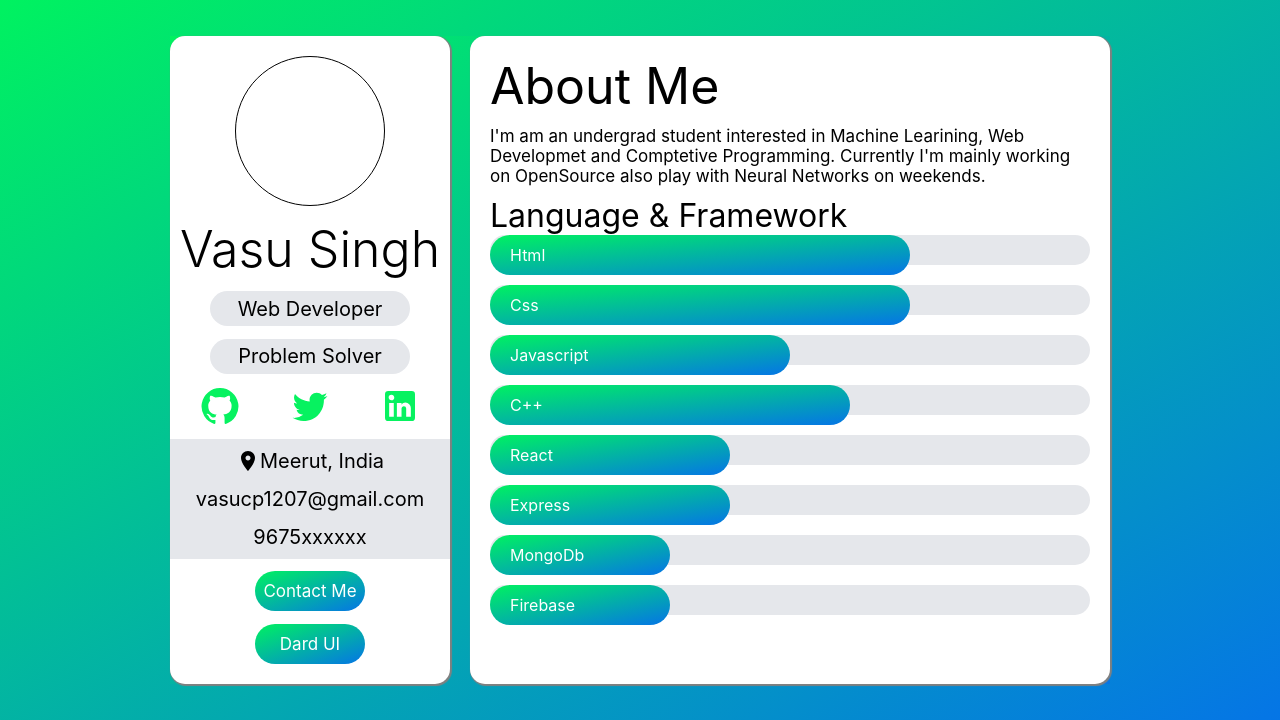
Repository: vasucp1207/grid-port
Page: /about
The author's editor kept a copy of each file at every save. The page is drawn from the files as they stood at one save, then again after the next save.
The browser window is 1280 px wide. The pictures show the whole page.
Some web fonts or font styles are not loaded; a fallback is used. The project was rebuilt for these pictures with package versions that can differ from the ones it lists, and the page was loaded fresh each time. Also part of the build but not shown: src/pages/Home.js, src/pages/Projects.js.

Above is the page before, as saved 2022-08-17 01:53:52.

### public/index.html
<!DOCTYPE html>
<html lang="en">
  <head>
    <meta charset="utf-8" />
    <link rel="icon" href="%PUBLIC_URL%/favicon.ico" />
    <meta name="viewport" content="width=device-width, initial-scale=1" />
    <meta name="theme-color" content="#000000" />
    <meta
      name="description"
      content="Web site created using create-react-app"
    />
    <link rel="apple-touch-icon" href="%PUBLIC_URL%/logo192.png" />
    <!--
      manifest.json provides metadata used when your web app is installed on a
      user's mobile device or desktop. See https://developers.google.com/web/fundamentals/web-app-manifest/
    -->
    <link rel="manifest" href="%PUBLIC_URL%/manifest.json" />
    <link rel="preconnect" href="https://fonts.googleapis.com">
<link rel="preconnect" href="https://fonts.gstatic.com" crossorigin>
<link href="https://fonts.googleapis.com/css2?family=Kantumruy+Pro:wght@200;300&family=Open+Sans:ital,wght@0,300;0,600;0,700;1,800&family=Poppins:wght@400;600&family=Raleway:wght@300&family=Roboto+Flex:opsz,wght@8..144,300;8..144,400;8..144,500&display=swap" rel="stylesheet">
    <!--
      Notice the use of %PUBLIC_URL% in the tags above.
      It will be replaced with the URL of the `public` folder during the build.
      Only files inside the `public` folder can be referenced from the HTML.

      Unlike "/favicon.ico" or "favicon.ico", "%PUBLIC_URL%/favicon.ico" will
      work correctly both with client-side routing and a non-root public URL.
      Learn how to configure a non-root public URL by running `npm run build`.
    -->
    <title>React App</title>
  </head>
  <body>
    <noscript>You need to enable JavaScript to run this app.</noscript>
    <div id="root"></div>
    <!--
      This HTML file is a template.
      If you open it directly in the browser, you will see an empty page.

      You can add webfonts, meta tags, or analytics to this file.
      The build step will place the bundled scripts into the <body> tag.

      To begin the development, run `npm start` or `yarn start`.
      To create a production bundle, use `npm run build` or `yarn build`.
    -->
  </body>
</html>

### src/index.css
body {
  margin: 0;
  font-family: -apple-system, BlinkMacSystemFont, 'Segoe UI', 'Roboto', 'Oxygen',
    'Ubuntu', 'Cantarell', 'Fira Sans', 'Droid Sans', 'Helvetica Neue',
    sans-serif;
  -webkit-font-smoothing: antialiased;
  -moz-osx-font-smoothing: grayscale;

  --gray: rgb(205, 195, 195);
  background-image: linear-gradient(to right bottom,#00f260,#0575e6);
}

::selection{
  background: rgb(71, 219, 106);
}

### src/App.js
import './App.css';
import { Link, Route, Routes } from 'react-router-dom';
import AboutMe from './pages/AboutMe';
import Home from './pages/Home';
import Projects from './pages/Projects';

function App() {
  return (
    <div>
      <Routes>
        <Route exact path="/" element={<Home />} />
        <Route exact path="/about" element={<AboutMe />} />
        <Route exact path="/projects" element={<Projects />} />
      </Routes>
    </div>
  );
}

export default App;

### src/App.css
:root {
  --d: 700ms;
  --e: cubic-bezier(0.19, 1, 0.22, 1);
  --font-sans: "Rubik", sans-serif;
  --font-serif: "Cardo", serif;
  font-family: Poppins;
}

* {
  box-sizing: border-box;
  padding: 0;
  margin: 0;
}

html, body {
  height: 100vh;
  width: 100vw;
}

body {
  display: grid;
  place-items: center;
}

.page-content {
  display: grid;
  width: 100vw;
  height: 100vh;
  margin: 0 auto;
}
@media (min-width: 600px) {
  .page-content {
    grid-template-columns: repeat(2, 1fr);
  }
}
@media (min-width: 800px) {
  .page-content {
    grid-template-columns: repeat(2, 1fr);
  }
}

.card {
  position: relative;
  display: flex;
  align-items: flex-end;
  overflow: hidden;
  padding: 1rem;
  width: 100%;
  text-align: center;
  color: whitesmoke;
  background-color: whitesmoke;
  box-shadow: 0 1px 1px rgba(0, 0, 0, 0.1), 0 2px 2px rgba(0, 0, 0, 0.1), 0 4px 4px rgba(0, 0, 0, 0.1), 0 8px 8px rgba(0, 0, 0, 0.1), 0 16px 16px rgba(0, 0, 0, 0.1);
}
@media (min-width: 600px) {
  .card {
    height: 100vh;
  }
}
.card:before {
  content: "";
  position: absolute;
  top: 0;
  left: 0;
  width: 100%;
  height: 110%;
  background-size: cover;
  background-position: 0 0;
  transition: transform calc(var(--d) * 1.5) var(--e);
  pointer-events: none;
}
.card:after {
  content: "";
  display: block;
  position: absolute;
  top: 0;
  left: 0;
  width: 100%;
  height: 200%;
  pointer-events: none;
  background-image: linear-gradient(to bottom, rgba(0, 0, 0, 0) 0%, rgba(0, 0, 0, 0.009) 11.7%, rgba(0, 0, 0, 0.034) 22.1%, rgba(0, 0, 0, 0.072) 31.2%, rgba(0, 0, 0, 0.123) 39.4%, rgba(0, 0, 0, 0.182) 46.6%, rgba(0, 0, 0, 0.249) 53.1%, rgba(0, 0, 0, 0.32) 58.9%, rgba(0, 0, 0, 0.394) 64.3%, rgba(0, 0, 0, 0.468) 69.3%, rgba(0, 0, 0, 0.54) 74.1%, rgba(0, 0, 0, 0.607) 78.8%, rgba(0, 0, 0, 0.668) 83.6%, rgba(0, 0, 0, 0.721) 88.7%, rgba(0, 0, 0, 0.762) 94.1%, rgba(0, 0, 0, 0.79) 100%);
  transform: translateY(-50%);
  transition: transform calc(var(--d) * 2) var(--e);
}
.card:nth-child(1):before {
  background-image: url(https://images.unsplash.com/photo-1493612276216-ee3925520721?ixlib=rb-1.2.1&ixid=MnwxMjA3fDB8MHxwaG90by1wYWdlfHx8fGVufDB8fHx8&auto=format&fit=crop&w=2864&q=80);
}
.card:nth-child(2):before {
  background-image: url(https://images.unsplash.com/photo-1492551557933-34265f7af79e?ixlib=rb-1.2.1&ixid=MnwxMjA3fDB8MHxwaG90by1wYWdlfHx8fGVufDB8fHx8&auto=format&fit=crop&w=1740&q=80);
}
.card:nth-child(3):before {
  background-image: url(https://images.unsplash.com/photo-1545243424-0ce743321e11?ixlib=rb-1.2.1&q=80&fm=jpg&crop=entropy&cs=tinysrgb&w=400&fit=max&ixid=eyJhcHBfaWQiOjE0NTg5fQ);
}
.card:nth-child(4):before {
  background-image: url(https://images.unsplash.com/photo-1531306728370-e2ebd9d7bb99?ixlib=rb-1.2.1&q=80&fm=jpg&crop=entropy&cs=tinysrgb&w=400&fit=max&ixid=eyJhcHBfaWQiOjE0NTg5fQ);
}

.content {
  position: relative;
  display: flex;
  flex-direction: column;
  align-items: center;
  width: 100%;
  padding: 1rem;
  transition: transform var(--d) var(--e);
  z-index: 1;
}
.content > * + * {
  margin-top: 1rem;
}

.title {
  font-size: 50px;
  font-weight: 400;
}

.copy {
  font-size: 30px;
}

.btn {
  cursor: pointer;
  margin-top: 1.5rem;
  padding: 0.75rem 1.5rem;
  font-size: 20px;
  letter-spacing: 0.025rem;
  text-transform: uppercase;
  color: white;
  background-color: black;
  border: none;
}
.btn:hover {
  background-color: white;
  color: black;
  transition: 0.3;
  border-radius: 7px;
}
.btn:focus {
  outline: 1px dashed yellow;
  outline-offset: 3px;
}

@media (hover: hover) and (min-width: 600px) {
  .card:after {
    transform: translateY(0);
  }

  .content {
    transform: translateY(calc(100% - 4.5rem));
  }
  .content > *:not(.title) {
    opacity: 0;
    transform: translateY(1rem);
    transition: transform var(--d) var(--e), opacity var(--d) var(--e);
  }

  .card:hover,
.card:focus-within {
    align-items: center;
  }
  .card:hover:before,
.card:focus-within:before {
    transform: translateY(-4%);
  }
  .card:hover:after,
.card:focus-within:after {
    transform: translateY(-50%);
  }
  .card:hover .content,
.card:focus-within .content {
    transform: translateY(0);
  }
  .card:hover .content > *:not(.title),
.card:focus-within .content > *:not(.title) {
    opacity: 1;
    transform: translateY(0);
    transition-delay: calc(var(--d) / 8);
  }

  .card:focus-within:before, .card:focus-within:after,
.card:focus-within .content,
.card:focus-within .content > *:not(.title) {
    transition-duration: 0s;
  }
}

### src/pages/AboutMe.js
import React from 'react'
import { motion } from 'framer-motion'
import styled from 'styled-components'
import GitHubIcon from '@mui/icons-material/GitHub';
import TwitterIcon from '@mui/icons-material/Twitter';
import LinkedInIcon from '@mui/icons-material/LinkedIn';
import LocationOnIcon from '@mui/icons-material/LocationOn';
import ProgressBar from '../components/ProgressBar';

function AboutMe() {

    const pageVarients = {
        initial: {
            opacity: 0
        },
        in: {
            opacity: 1
        },
        out: {
            opacity: 0
        }
    }

    return (
        <motion.div
            initial='initial'
            animate='in'
            exit='out'
            variants={pageVarients}
            transition={{ delay: 0.5, type: 'spring' }}
        >

            <Container>
                <Comp>
                    <Left>
                        <div class='avatar'></div>
                        <h1 class='name'>Vasu Singh</h1>
                        <div class='sim-btn'>Web Developer</div>
                        <div class='sim-btn'>Problem Solver</div>
                        <div class='icon-cont'>
                            <GitHubIcon className='icons' />
                            <TwitterIcon className='icons' />
                            <LinkedInIcon className='icons' />
                        </div>
                        <div class='address'>
                            <p class='city'><LocationOnIcon /> Meerut, India</p>
                            <p>vasucp1207@gmail.com</p>
                            <p>9675xxxxxx</p>
                        </div>
                        <div class='gb-btn'>Contact Me</div>
                        <div class='gb-btn'>Dard UI</div>
                    </Left>
                    <Right>
                        <h1 class='title'>About Me</h1>
                        <p class='des'>I'm am an undergrad student interested in Machine Learining, Web Developmet and Comptetive Programming. Currently I'm mainly working on OpenSource also play with Neural Networks on weekends.</p>
                        <h1 class='skills'>Language & Framework</h1>

                        <div class='all-bar'>
                            <ProgressBar lang='Html' per='70%' />
                            <ProgressBar lang='Css' per='70%' />
                            <ProgressBar lang='Javascript' per='50%' />
                            <ProgressBar lang='C++' per='60%' />
                            <ProgressBar lang='React' per='40%' />
                            <ProgressBar lang='Express' per='40%' />
                            <ProgressBar lang='MongoDb' per='30%' />
                            <ProgressBar lang='Firebase' per='30%' />
                        </div>

                    </Right>
                </Comp>

            </Container>
        </motion.div>
    )
}

export default AboutMe

const Container = styled.div`
    background: white;
`

const Comp = styled.div`
    display: flex;
    gap: 20px;
    background-image: linear-gradient(to right bottom,#00f260,#0575e6);
`

const Left = styled.div`
    height: 90vh;
    width: 280px;
    box-shadow: 1px 1px 1px 1px gray;
    display: flex;
    justify-content: space-between;
    align-items: center;
    flex-direction: column;
    padding-bottom: 20px;
    background: white;
    border-radius: 15px;

    .avatar{
        margin-top: 20px;
        height: 150px;
        border: 1px solid black;
        width: 150px;
        border-radius: 50%;
    }

    .name{
        font-size: 50px;
        font-weight: 300;
    }

    .sim-btn{
        font-size: 20px;
        background: rgb(229,231,235);
        width: 200px;
        height: 35px;
        border-radius: 9999px;
        display: flex;
        justify-content: center;
        align-items: center;
    }

    .icon-cont{
        width: 280px;
        padding-left: 30px;
        padding-right: 30px;
        display: flex;
        justify-content: space-between;
        align-items: center;
    }

    .icons{
        height: 40px;
        width: 40px;
        color: #07f260;
        cursor: pointer;

        :hover{
            color: black;
        }
    }

    .address{
        background: rgb(229,231,235);;
        font-size: 20px;
        display: flex;
        flex-direction: column;
        align-items: center;
        justify-content: space-between;
        width: 280px;
        height: 120px;
        padding: 10px;
    }

    .gb-btn{
        width: 110px;
        border-radius: 9999px;
        background-image: linear-gradient(to right bottom,#00f260,#0575e6);
        color: white;
        font-size: 17px;
        height: 40px;
        display: flex;
        justify-content: center;
        align-items: center;
        cursor: pointer;
    }

    .city{
        display: flex;
        justify-content: center;
        align-items: center;
    }
`

const Right = styled.div`
    height: 90vh;
    width: 50vw;
    box-shadow: 1px 1px 1px 1px gray;
    background: white;
    border-radius: 15px;
    padding: 20px;

    .title{
        font-weight: 400;
        margin-bottom: 10px;
    }

    .des{
        font-size: 17px;
        margin-bottom: 10px;
    }

    .skills{
        font-weight: 400;
    }

    .all-bar{
        display: flex;
        flex-direction: column;
        justify-content: space-between;
        gap: 20px;
    }
`

### src/components/ProgressBar.js
import React from 'react'
import styled from 'styled-components'
import { keyframes } from 'styled-components';
import { motion } from 'framer-motion'

function ProgressBar({lang, per}) {
    return (
        <Contanier>
            <div class='detail'>
                <div class='bar'>
                    <motion.div className='fill'
                        animate={{width: per}}
                        transition={{duration: 2}}
                    >
                        <p class='lang'>{lang}</p>
                    </motion.div>
                </div>
            </div>
        </Contanier>
    )
}

export default ProgressBar

const Contanier = styled.div`
     .bar{
        width: 100%;
        height: 30px;
        border-radius: 9999px;
        background: rgb(229,231,235);
    }

    .fill{
        display: flex;
        align-items: center;
        padding: 20px;
        width: 0;
        border-radius: 9999px;
        height: 30px;
        background-image: linear-gradient(to right bottom,#00f260,#0575e6);
    }

    .lang{
        color: white;
    }
`

Loaded but not shown: src/index.js (common file)

After the next save:
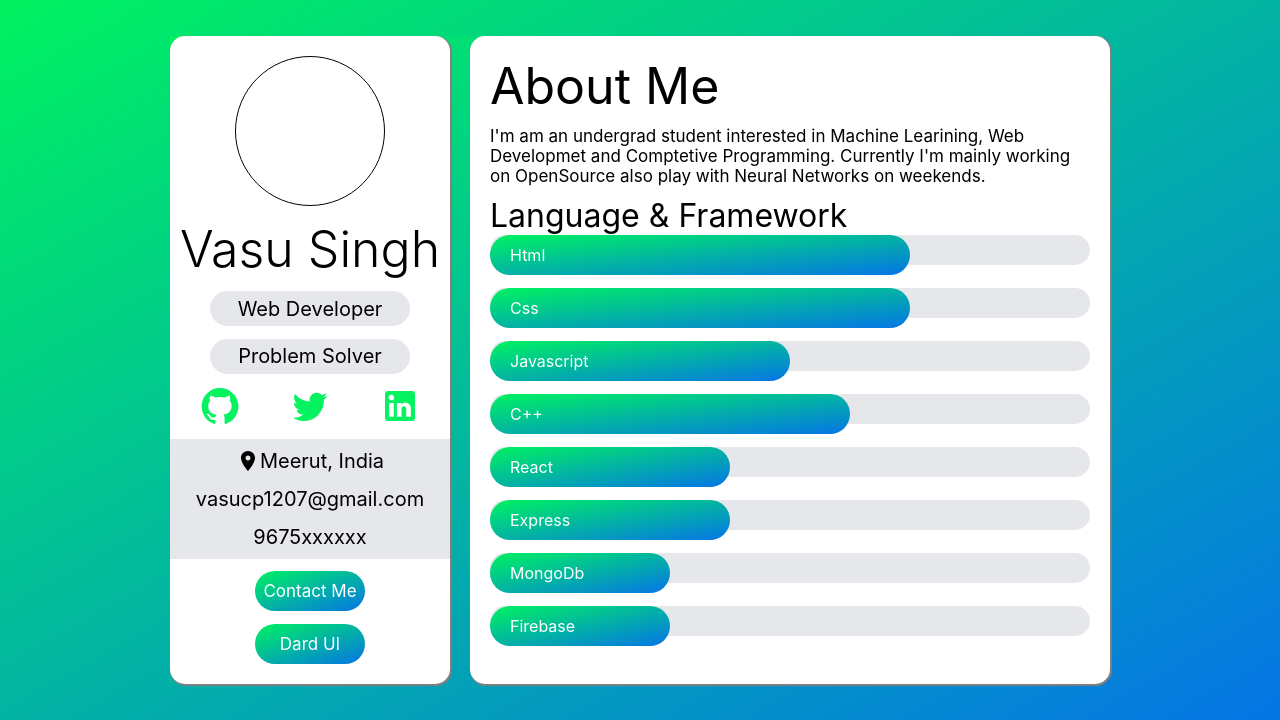
Saved 14 s later.
--- a/src/pages/AboutMe.js
+++ b/src/pages/AboutMe.js
@@ -200,6 +200,6 @@ const Right = styled.div`
         display: flex;
         flex-direction: column;
         justify-content: space-between;
-        gap: 20px;
-    }
-`
+        gap: 23px;
+    }
+`
